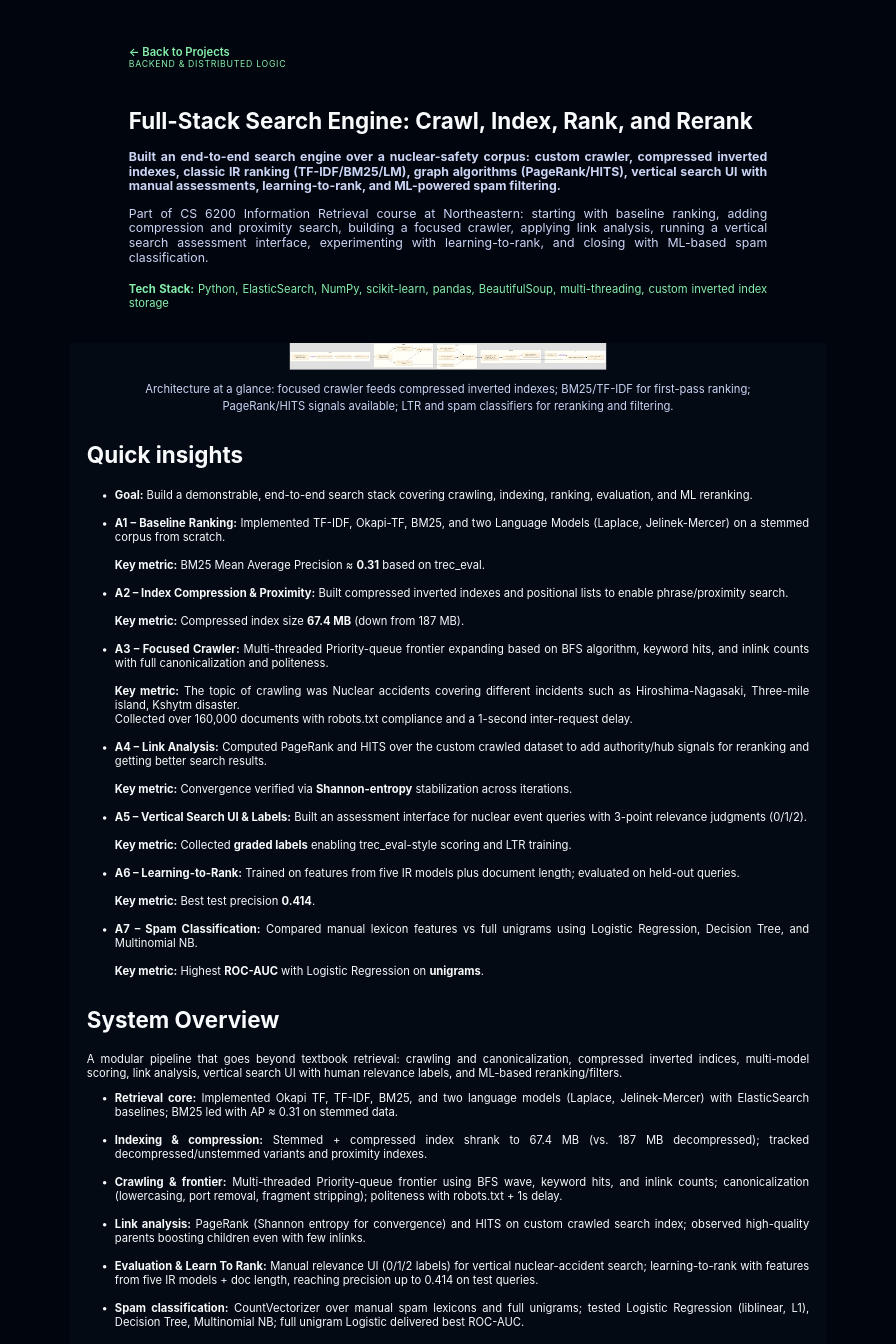
Repository: Abdulaziz-04/Abdulaziz-04.github.io
Page: deepdives/backend_systems/search_engine/search_engine.html
These files come from the project's save history. The page is drawn as it stood at one moment and after the next save; the edit follows.
The browser window is 1280 px wide. The pictures show the part of the page from y = 0 to 1920 px (the page is 4560 px tall before and 4562 px after), at 70% of full size.
A picture or video elsewhere on the page could not be fetched, so the positions and the page height are approximate.

Above is the page before, as saved 2025-11-21 19:25:44.

After the next save:
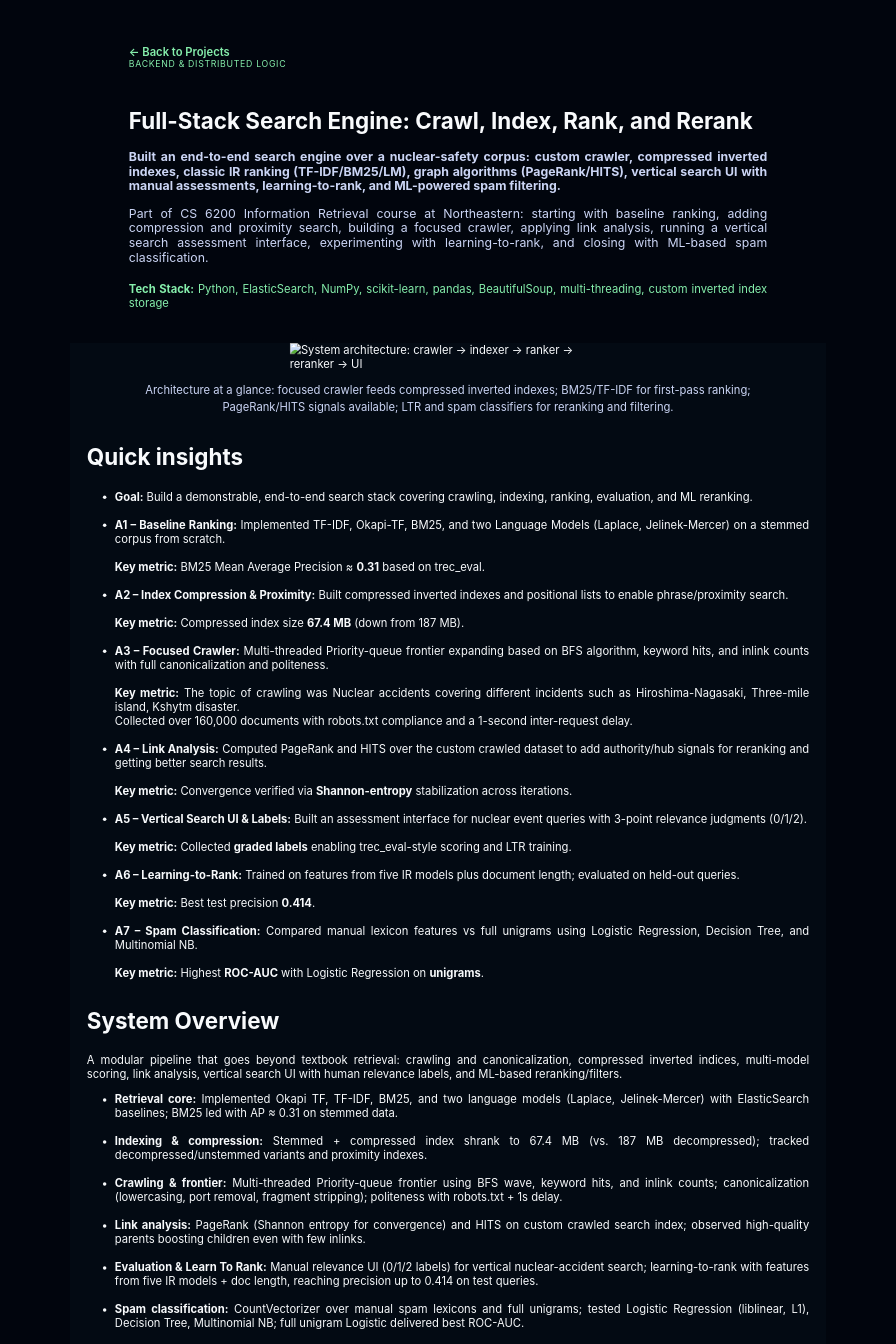
Not found: deepdives/backend_systems/search_engine/images/flow_1.png
Saved 2 min 26 s later.
--- a/deepdives/backend_systems/search_engine/search_engine.html
+++ b/deepdives/backend_systems/search_engine/search_engine.html
@@ -55,7 +55,7 @@
       <section class="detail-section detail-hero-gif">
         <figure class="gallery-item gallery-item--wide">
           <img
-            src="./images/flow.png"
+            src="./images/flow_1.png"
             alt="System architecture: crawler → indexer → ranker → reranker → UI"
             style="
               display: block;
